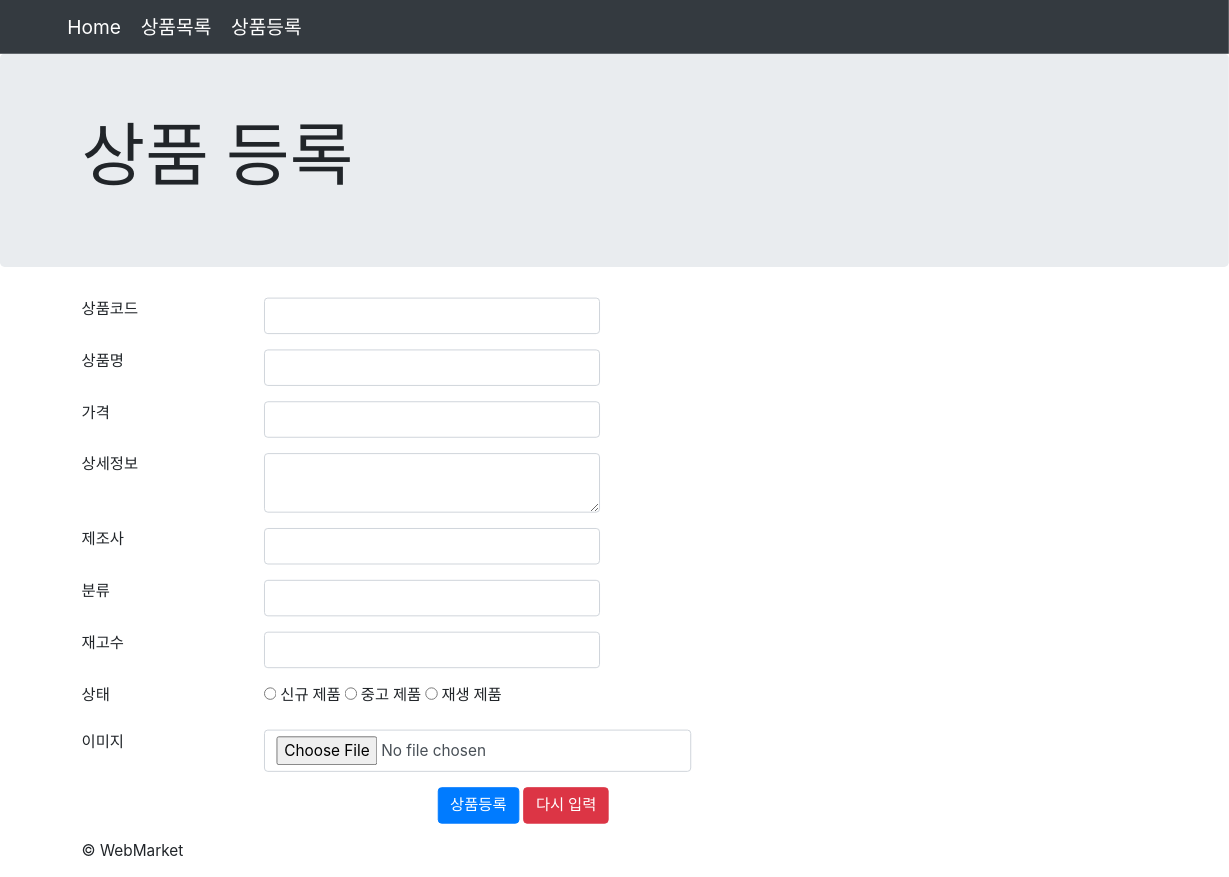
Repository: davisbyun/ai
Page: http://localhost/WebMarket/addProduct.jsp
The author's editor kept a copy of each file at every save. The page is drawn from the files as they stood at one save, then again after the next save.
The browser window is 1280 px wide. The pictures show the whole page, at 96% of full size.
Some web fonts or font styles are not loaded; a fallback is used. The page is served by Tomcat 9.

Above is the page before, as saved 2024-01-26 02:00:57.

After the next save:
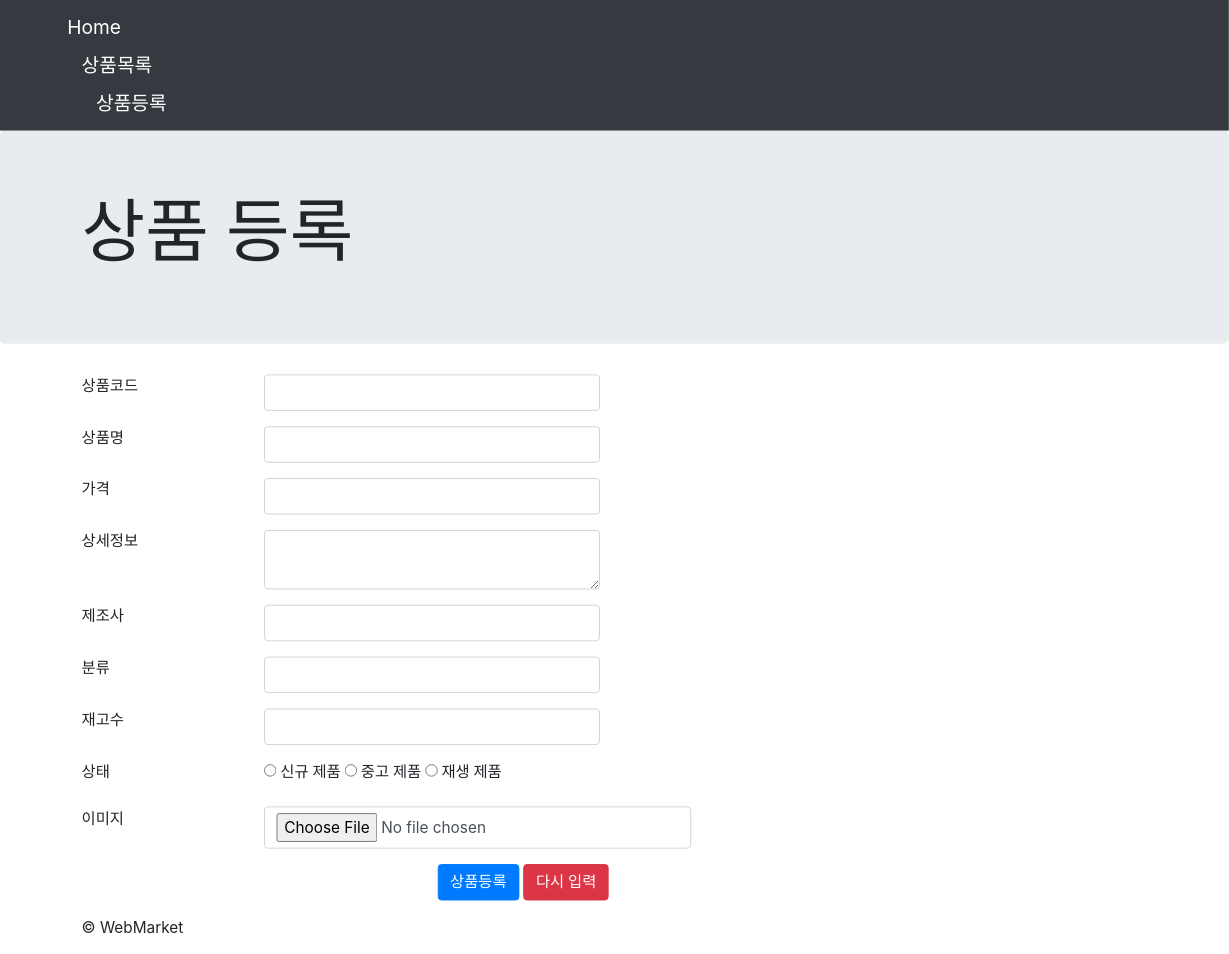
Saved 45 s later.
--- a/WebMarket/src/main/webapp/menu.jsp
+++ b/WebMarket/src/main/webapp/menu.jsp
@@ -12,7 +12,11 @@
     <div class="container">
         <div class="navbar-header">
             <a class="navbar-brand" href="./welcome.jsp">Home</a>
+        <div class="container">
+        <div class="navbar-header">
             <a class="navbar-brand" href="./welcome.jsp">상품목록</a>
+        <div class="container">
+        <div class="navbar-header">
             <a class="navbar-brand" href="./welcome.jsp">상품등록</a>
          </div>
      </div>
